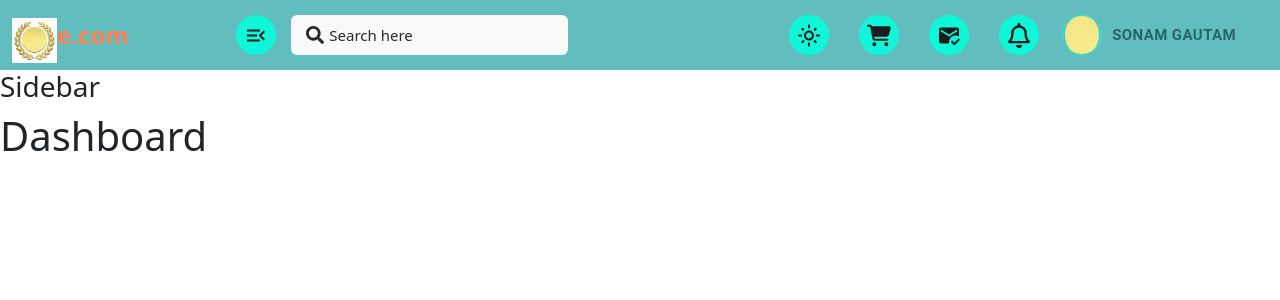
Repository: gautamsonam011/admin-react-dashboard
Page: /
An editor plug-in stored every save of this project. The page is shown before and after the next save, followed by the edit.
The browser window is 1280 px wide. The pictures show the whole page.
The project was rebuilt for these pictures with package versions that can differ from the ones it lists, and the page was loaded fresh each time.

Above is the page before, as saved 2025-04-15 14:22:13.

### src/App.js
import { BrowserRouter, Routes, Route } from 'react-router-dom';
import './App.css';
import 'bootstrap/dist/css/bootstrap.min.css';
import Dashboard from './pages/Dashboard/Dashboard';
import Header from "./components/Header/index";
import Sidebar from './components/Sidebar';

function App() {
  return (
    <BrowserRouter>
    <Header/>
    <div className='main d-flex'>
      <div className='sidebarWrapper'>
        <Sidebar/>
      </div>
    </div>
    <div className='content'>
    <Routes>
      <Route path = "/" exact={true} element={<Dashboard/>} />
    </Routes>
    </div>

    </BrowserRouter>
  );
}

export default App;

### src/App.css
@import url('https://fonts.googleapis.com/css2?family=Ubuntu:ital,wght@0,300;0,400;0,500;0,700;1,300;1,400;1,500;1,700&display=swap');

body{
  font-family: "Ubuntu", sans-serif;
  background-color: #f4f8f7;

}

header{
  width:100%;
  height: 70px;
  background-color:#62bebe;
}
header .logo{
  text-decoration: none;
}
header .logo img{
  margin-top: 10px;
  width:45px;

}

header .logo span{
color: coral;
font-weight: bolder;
font-size: 24px;
}
header button.rounded-circle{min-width:40px !important; width:40px !important; height: 40px !important; background-color:#0ff7d8 !important; margin: 15px;}
header button.rounded-circle svg{color:rgb(29, 27, 27); font-size: 25px !important; transition: all 0.2s ease-in-out;}
header button.rounded-circle:hover svg{color: #2585d4 !important;}
.searchBox{width:400px; height: 40px; background-color:#faf9f9; border-radius: 6px;padding: 3px 15px;}
.searchBox input{background: transparent;border:0px; outline:none; padding-left: 5px; font-size: 15px; color:#292929}
.searchBox input::-webkit-input-placeholder{color:#292929}
.searchBox svg{font-size: 18px; color:#292929 ;}

.userImg{display: flex; align-items:center; justify-content: center; overflow: hidden; width:40px; height: 40px; border:1px solid #0ff7d8; padding: 2px; border-radius: 100%;}
.userImg .rounded-circle{display: flex; align-items:center; justify-content: center; overflow: hidden; width: 40px; height: 40px; cursor: pointer; position: relative;}
.userImg .rounded-circle .img{object-fit: cover; width: 100%;}
.userInfo{padding-left: 10px;}
.userInfo h5{font-size: 15px; font-weight: 600; margin-bottom:0px; color: #266666;}

#account-menu li{font-size: 14px !important;}
#account-menu li svg{font-size: 20px !important}

.dropdown-info{padding-left: 6px;}
.dropdown-info h4{font-size: 15px; font-weight:600;margin-top: 2px; white-space: break-space; line-height: 21px;}
.dropdown-info p{font-size: 10px; color: #2585d4;}


/* Style for sidebar  */

.main .sidebarWrapper{width: 30%; flex: 0 0 30%; transition: all 0.3s ease-in-out;}
.main .sidebarWrapper .sidebar{width:30%; height: 100vh; position:fixed; top: 0px; left:0px; background:#b1e4dd;}

### src/pages/Dashboard/Dashboard.jsx
const Dashboard = () =>{
    return (
        <>
        <h1>Dashboard</h1>
        </>
    )
}

export default Dashboard;

### src/components/Header/index.jsx
import React, { useState } from 'react';
import { Link } from "react-router-dom";
import logo from "../../assests/images/logo.jpg";
import Button from '@mui/material/Button';
import { MdMenuOpen } from "react-icons/md";
// import { MdOutlineMenu } from "react-icons/md";
import SearchBox from "../SearchBox";
import { MdOutlineLightMode } from "react-icons/md";
// import { MdDarkMode } from "react-icons/md";
import { FaCartShopping } from "react-icons/fa6";
import { MdMarkEmailRead } from "react-icons/md";
import { FaRegBell } from "react-icons/fa";


import Avatar from '@mui/material/Avatar';
import Menu from '@mui/material/Menu';
import MenuItem from '@mui/material/MenuItem';
import ListItemIcon from '@mui/material/ListItemIcon';
import Divider from '@mui/material/Divider';
import { FaShieldAlt } from "react-icons/fa";
import Settings from '@mui/icons-material/Settings';
import Logout from '@mui/icons-material/Logout';

const Header = () => {
    const [anchorEl, setAnchorEl] = useState(null);
    const [anchorElNotification, setAnchorElNotification] = useState(null);

    const open = Boolean(anchorEl);

    const handleOpenMyAccountDropdown = (event) => {
        if (anchorEl) {
            setAnchorEl(null);
        } else {
            setAnchorEl(event.currentTarget);
        }
    };

    const handleOpenMyAccountDropdownClose = () => {
        setAnchorEl(null);
    };

    // For Notification dropdown
    const handleOpennotificationsDrop = (event) => {
        setAnchorElNotification(event.currentTarget);
    };

    const handleClosenotificationsDrop = () => {
        setAnchorElNotification(null);
    };



    return (
        <>
            <header>
                <div className="container-fluid">
                    <div className="row d-flex align-items-center w-100">
                        {/* logo */}
                        <div className="col-sm-2">
                            <Link to="/" className="d-flex align-items-center logo">
                                <img src={logo} alt="logo" />
                                <span className="ml-2">e.com</span>
                            </Link>
                        </div>
                        <div className="col-sm-3 d-flex align-items-center pl-4">
                            <Button className="rounded-circle"><MdMenuOpen /></Button>
                            <SearchBox />
                        </div>
                        <div className="col-sm-7 d-flex align-items-center justify-content-end part3">
                            <Button className="rounded-circle"><MdOutlineLightMode /></Button>
                            <Button className="rounded-circle"><FaCartShopping /></Button>
                            <Button className="rounded-circle"><MdMarkEmailRead /></Button>
                            <Button className="rounded-circle" onClick={handleOpennotificationsDrop}>
                                <FaRegBell />
                            </Button>
                            <Menu
                                anchorEl={anchorElNotification}
                                open={Boolean(anchorElNotification)}
                                onClose={handleClosenotificationsDrop}
                                onClick={handleClosenotificationsDrop}
                                slotProps={{
                                    paper: {
                                        elevation: 0,
                                        sx: {
                                            overflow: 'visible',
                                            filter: 'drop-shadow(0px 2px 8px rgba(0,0,0,0.32))',
                                            mt: 1.5,
                                            '&::before': {
                                                content: '""',
                                                display: 'block',
                                                position: 'absolute',
                                                top: 0,
                                                right: 14,
                                                width: 10,
                                                height: 10,
                                                bgcolor: 'background.paper',
                                                transform: 'translateY(-50%) rotate(45deg)',
                                                zIndex: 0,
                                            },
                                        },
                                    },
                                }}
                                transformOrigin={{ horizontal: 'right', vertical: 'top' }}
                                anchorOrigin={{ horizontal: 'right', vertical: 'bottom' }}
                            >
                                <MenuItem onClick={handleClosenotificationsDrop}>
                                    Orders(12)
                                </MenuItem>
                                <Divider className="mb-2" />
                                <MenuItem onClick={handleClosenotificationsDrop}>
                                    <div className="d-flex align-items-center dropdown-list">

                                        <div className="userImg">
                                        <span className="rounded-circle">
                                            <img src={logo} alt="profile" />
                                        </span>

                                    </div>
                                    <div className='dropdown-info'>
                                        <h4><b>Sona</b> added Leather New Shoes</h4>
                                        <p>Few minutes ago</p>
                                    </div>
                                    </div>

                                </MenuItem>
                                <MenuItem onClick={handleClosenotificationsDrop}>
                                    <div className="d-flex align-items-center dropdown-list">

                                        <div className="userImg">
                                        <span className="rounded-circle">
                                            <img src={logo} alt="profile" />
                                        </span>

                                    </div>
                                    <div className='dropdown-info'>
                                        <h4><b>Sona</b> added Leather New Shoes</h4>
                                        <p>Few minutes ago</p>
                                    </div>
                                    </div>

                                </MenuItem>
                            </Menu>

                            <div className="myAccountWrapper">
                                <Button className="myAccount d-flex align-items-center" onClick={handleOpenMyAccountDropdown}>
                                    <div className="userImg">
                                        <span className="rounded-circle">
                                            <img src={logo} alt="profile" />
                                        </span>

                                    </div>
                                    <div className="userInfo">
                                        <h5>Sonam Gautam</h5>
                                    </div>

                                    <Menu
                                        anchorEl={anchorEl}
                                        id="account-menu"
                                        open={open}
                                        onClose={handleOpenMyAccountDropdownClose}
                                        onClick={handleOpenMyAccountDropdownClose}
                                        slotProps={{
                                            paper: {
                                                elevation: 0,
                                                sx: {
                                                    overflow: 'visible',
                                                    filter: 'drop-shadow(0px 2px 8px rgba(0,0,0,0.32))',
                                                    mt: 1.5,
                                                    '& .MuiAvatar-root': {
                                                        width: 32,
                                                        height: 32,
                                                        ml: -0.5,
                                                        mr: 1,
                                                    },
                                                    '&::before': {
                                                        content: '""',
                                                        display: 'block',
                                                        position: 'absolute',
                                                        top: 0,
                                                        right: 14,
                                                        width: 10,
                                                        height: 10,
                                                        bgcolor: 'background.paper',
                                                        transform: 'translateY(-50%) rotate(45deg)',
                                                        zIndex: 0,
                                                    },
                                                },
                                            },
                                        }}
                                        transformOrigin={{ horizontal: 'right', vertical: 'top' }}
                                        anchorOrigin={{ horizontal: 'right', vertical: 'bottom' }}
                                    >
                                        <MenuItem onClick={handleOpenMyAccountDropdownClose}>
                                            <Avatar /> Profile
                                        </MenuItem>
                                        <Divider />
                                        <MenuItem onClick={handleOpenMyAccountDropdownClose}>
                                            <ListItemIcon>
                                                <FaShieldAlt fontSize="small" />
                                            </ListItemIcon>
                                            Reset Password
                                        </MenuItem>
                                        <MenuItem onClick={handleOpenMyAccountDropdownClose}>
                                            <ListItemIcon>
                                                <Settings fontSize="small" />
                                            </ListItemIcon>
                                            Settings
                                        </MenuItem>
                                        <MenuItem onClick={handleOpenMyAccountDropdownClose}>
                                            <ListItemIcon>
                                                <Logout fontSize="small" />
                                            </ListItemIcon>
                                            Logout
                                        </MenuItem>
                                    </Menu>
                                </Button>
                            </div>
                        </div>
                    </div>
                </div>
            </header>
        </>
    )
}

export default Header

### src/components/Sidebar/index.jsx
const Sidebar = () =>{

    return(
        <>
        <h3>Sidebar</h3>
        </>
    )
}

export default Sidebar

### src/components/SearchBox.jsx
import { FaSearch } from "react-icons/fa";

const SearchBox = () =>{
    return (
        <div className="searchBox position-relative d-flex align-items-center">
            <FaSearch className="mr-2" />
            <input type="text" placeholder="Search here"  />
        </div>
    )
}

export default SearchBox;

Loaded but not shown: public/index.html (common file); src/index.js (common file); src/reportWebVitals.js (common file)

After the next save:
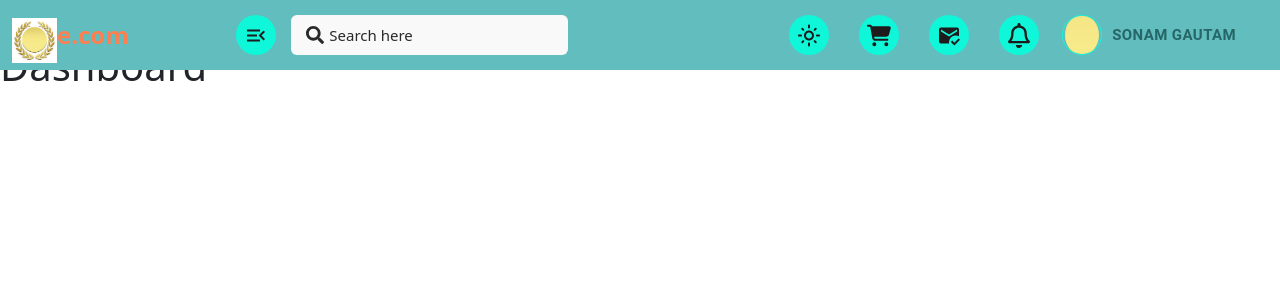
Saved 113 s later.
--- a/src/App.css
+++ b/src/App.css
@@ -10,6 +10,9 @@ header{
   width:100%;
   height: 70px;
   background-color:#62bebe;
+  position: fixed;
+  top:0px;
+  left:0px;
 }
 header .logo{
   text-decoration: none;
